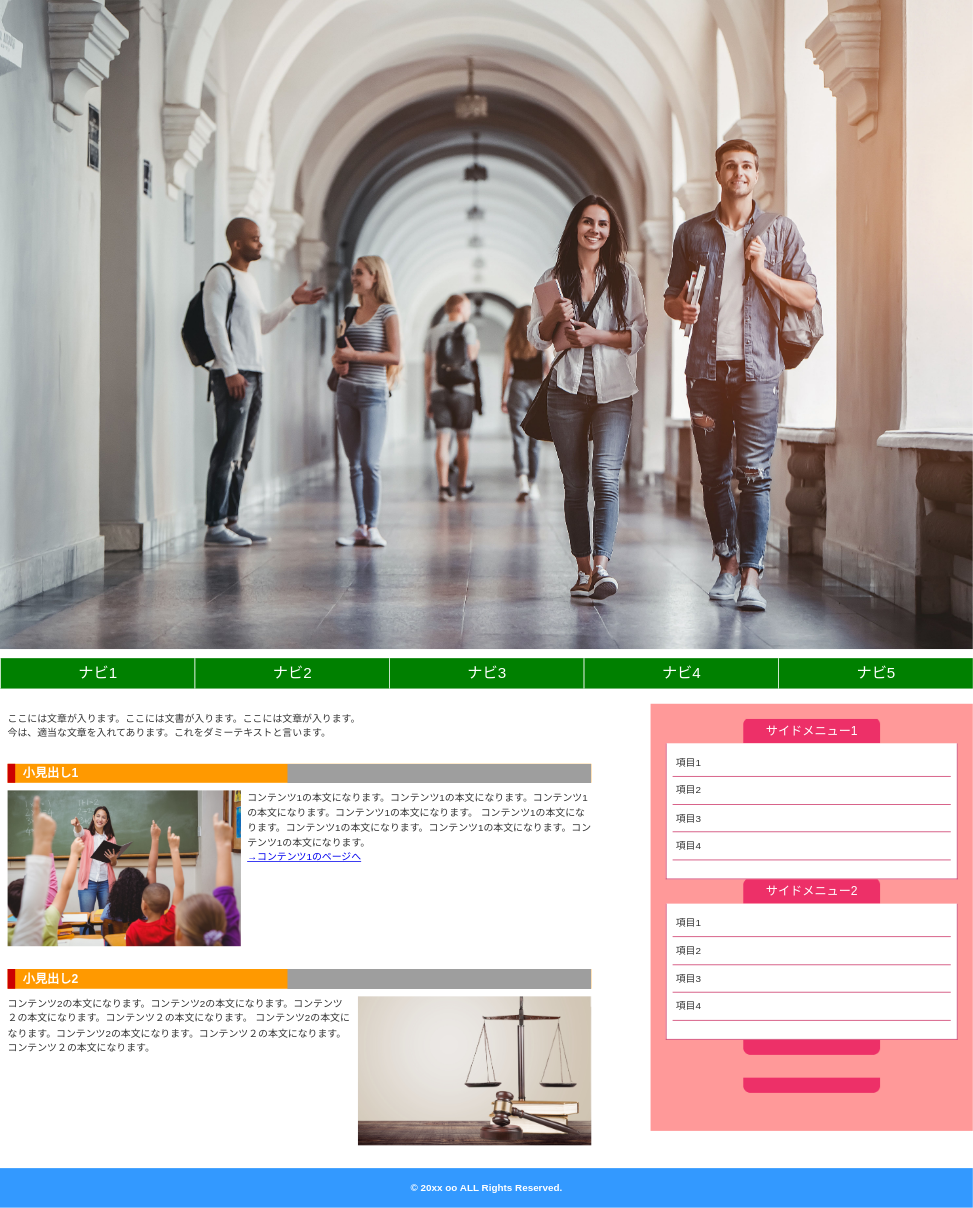
Repository: kota-nakasaka/samurai_HTML-CSS
Page: home.html
The author's editor kept a record of every edit. The page is drawn from the files as they stood at one moment, then again after the next edit.
The browser window is 1280 px wide. The pictures show the whole page, at 76% of full size.
Pictures or frames that could not be fetched are drawn as grey boxes.

Above is the page before.

After the next edit:
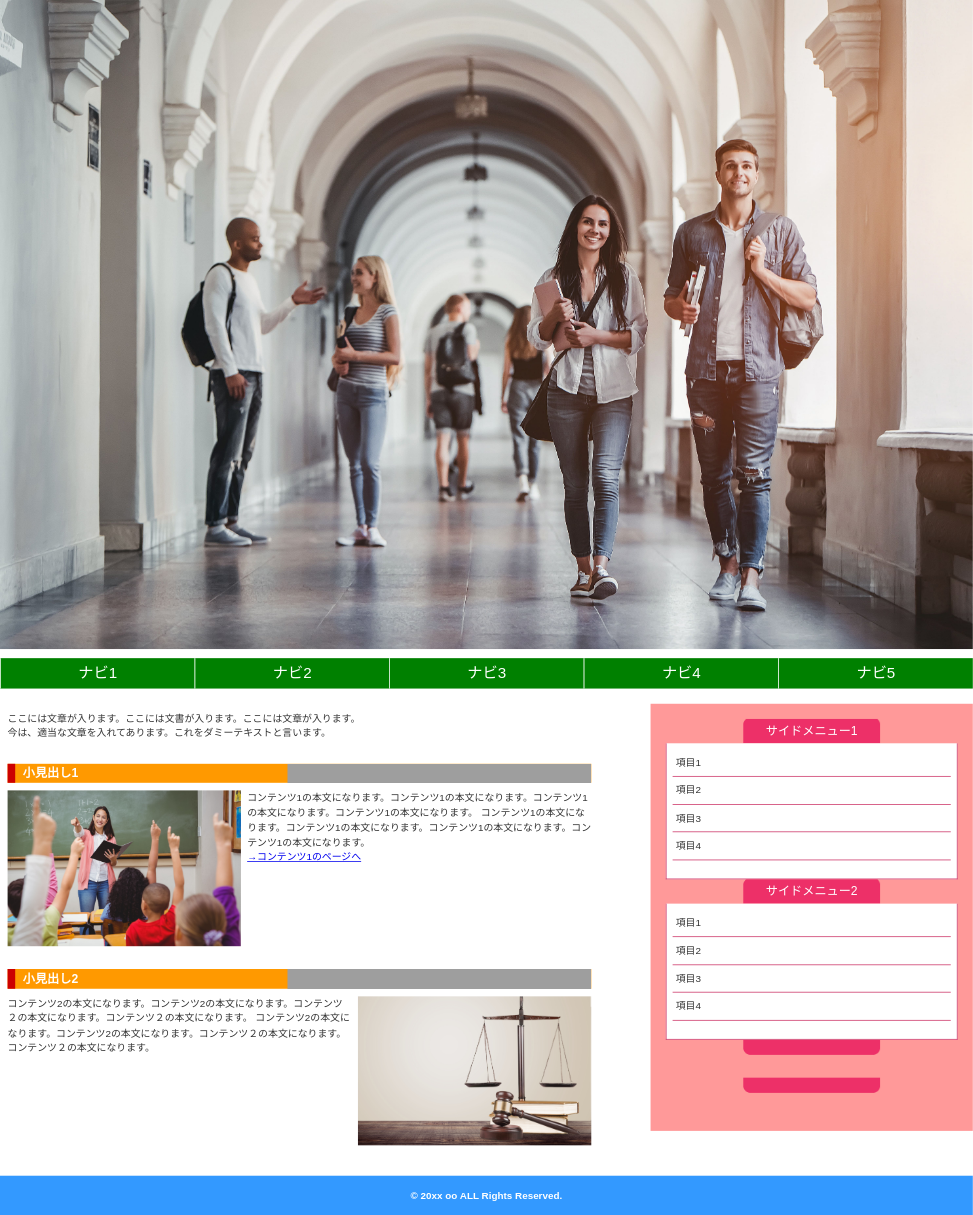
The edit:
--- a/home.html
+++ b/home.html
@@ -47,8 +47,7 @@
            </p>
           </div>
          </div>
-       </div>
-       <div id="side">
+         <div id="side">
          <div class="box">
           <h2>サイドメニュー1</h2>
           <div class="boxBody">
